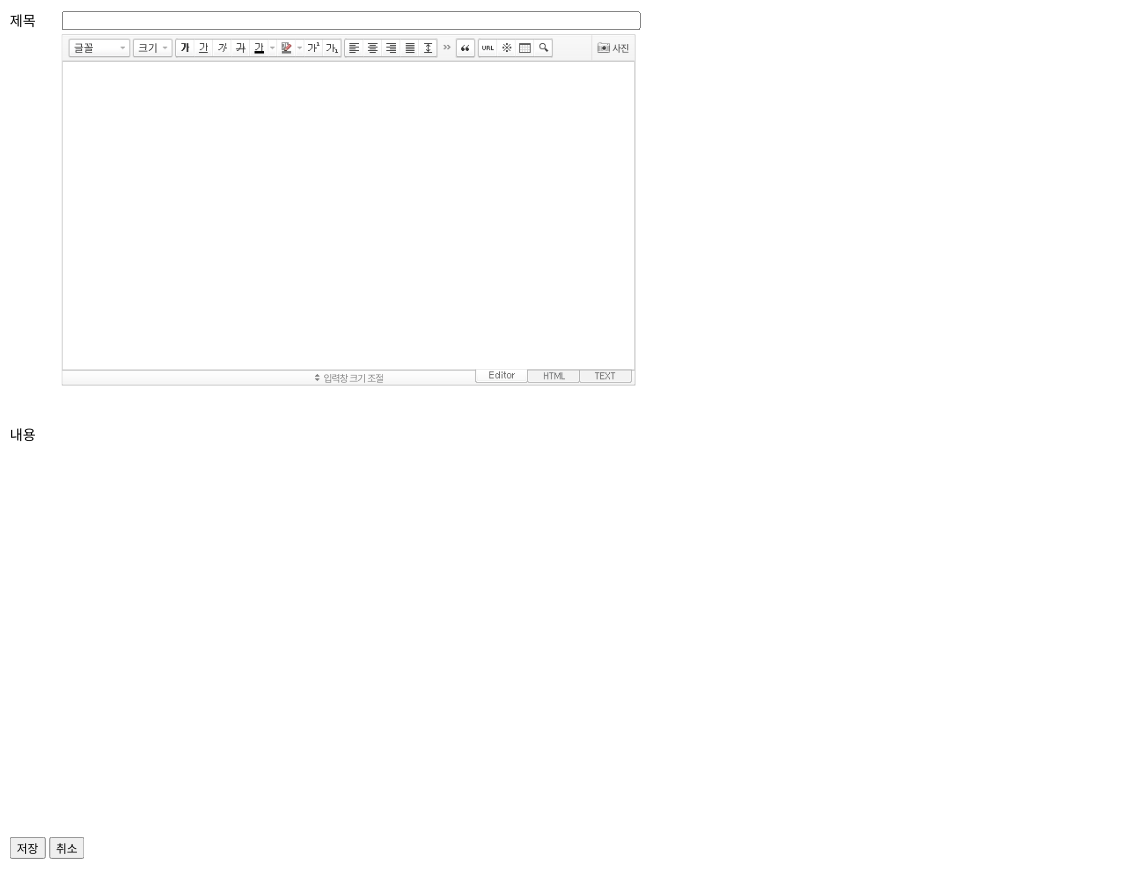
Repository: newtron-vania/Self-made_Foods-JSP
Page: http://localhost/smarteditorSample/write.jsp
An editor plug-in stored every save of this project. The page is shown before and after the next save, followed by the edit.
The browser window is 1280 px wide. The pictures show the whole page, at 88% of full size.
Some web libraries are served in a nearby version. The page is served by Tomcat 9.

Above is the page before, as saved 2019-12-13 17:26:10.

After the next save:
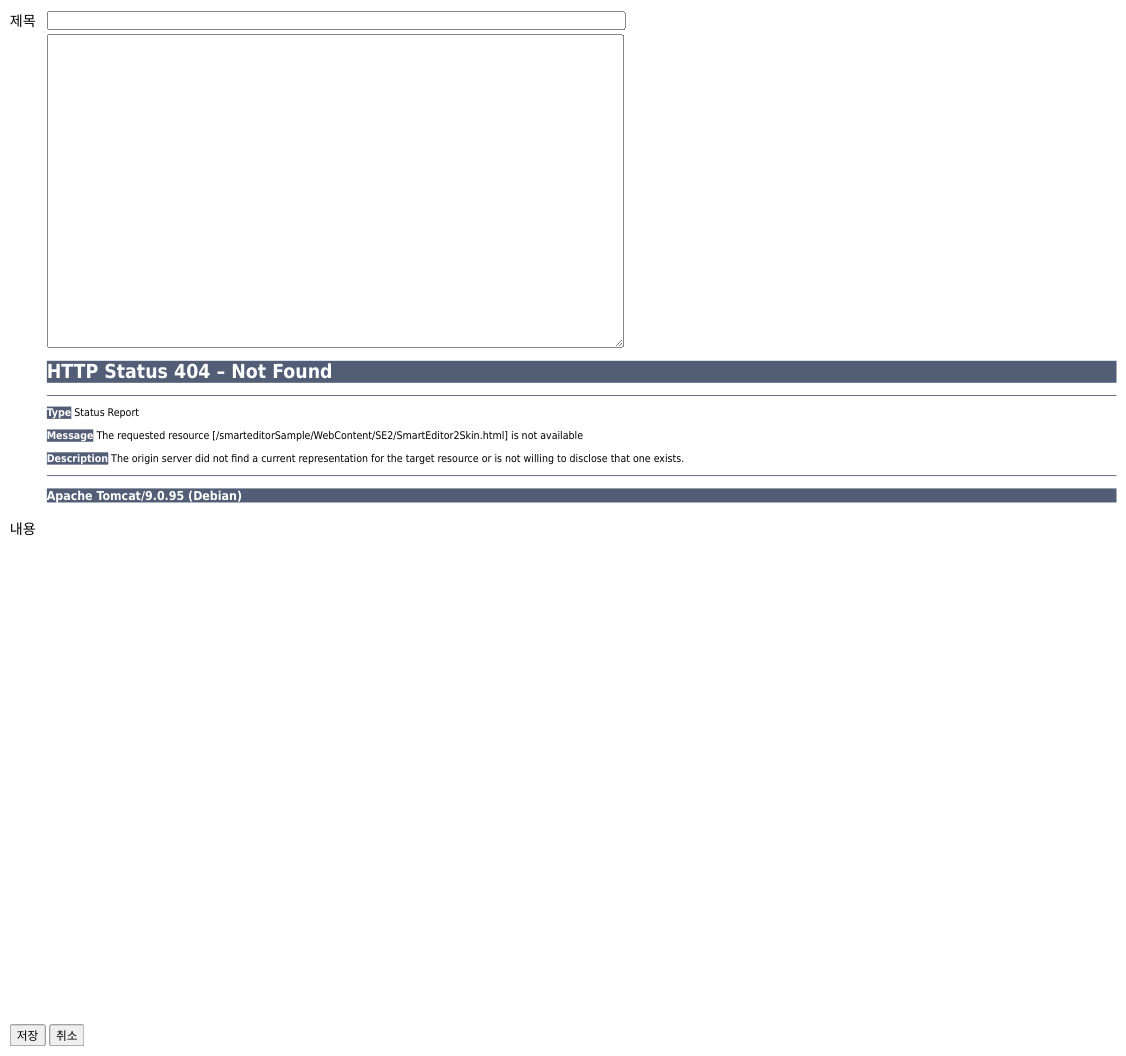
Console error: TypeError: fCreator is not a function
Saved 46 s later.
--- a/smarteditorSample/WebContent/write.jsp
+++ b/smarteditorSample/WebContent/write.jsp
@@ -21,7 +21,7 @@
           oAppRef: oEditors,
           elPlaceHolder: "ir1", //textarea에서 지정한 id와 일치해야 합니다.
           //SmartEditor2Skin.html 파일이 존재하는 경로
-          sSkinURI: "/smarteditorSample/SE2/SmartEditor2Skin.html",
+          sSkinURI: "/smarteditorSample/WebContent/SE2/SmartEditor2Skin.html",
           htParams : {
               // 툴바 사용 여부 (true:사용/ false:사용하지 않음)
               bUseToolbar : true,

After the save that followed:
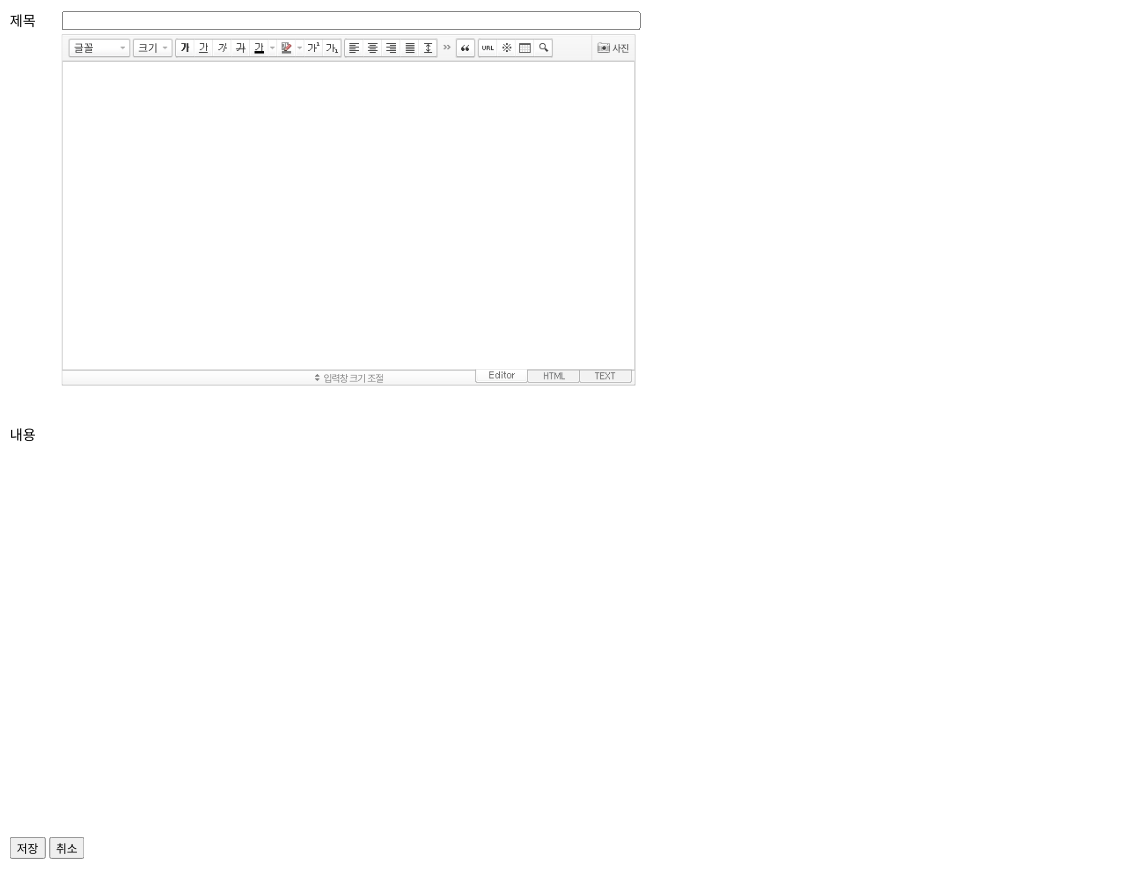
The error is gone.
Saved 14 s later.
--- a/smarteditorSample/WebContent/write.jsp
+++ b/smarteditorSample/WebContent/write.jsp
@@ -21,7 +21,7 @@
           oAppRef: oEditors,
           elPlaceHolder: "ir1", //textarea에서 지정한 id와 일치해야 합니다.
           //SmartEditor2Skin.html 파일이 존재하는 경로
-          sSkinURI: "/smarteditorSample/WebContent/SE2/SmartEditor2Skin.html",
+          sSkinURI: "/smarteditorSample/SE2/SmartEditor2Skin.html",
           htParams : {
               // 툴바 사용 여부 (true:사용/ false:사용하지 않음)
               bUseToolbar : true,
